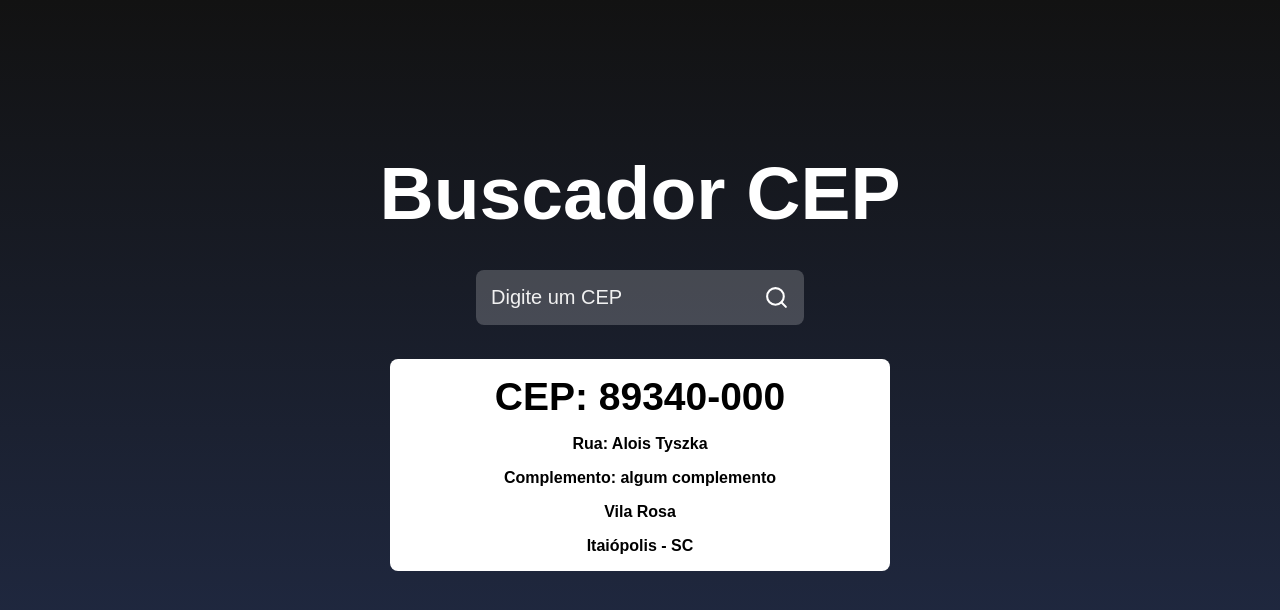
Repository: WelyntonRenan/buscador-cep
Page: / (app in buscador/)
The author's editor kept a copy of each file at every save. The page is drawn from the files as they stood at one save, then again after a run of saves.
The browser window is 1280 px wide. The pictures show the whole page.
The project was rebuilt for these pictures with package versions that can differ from the ones it lists, and the page was loaded fresh each time.

Above is the page before, as saved 2022-11-14 00:16:46.

After the next 3 saves:
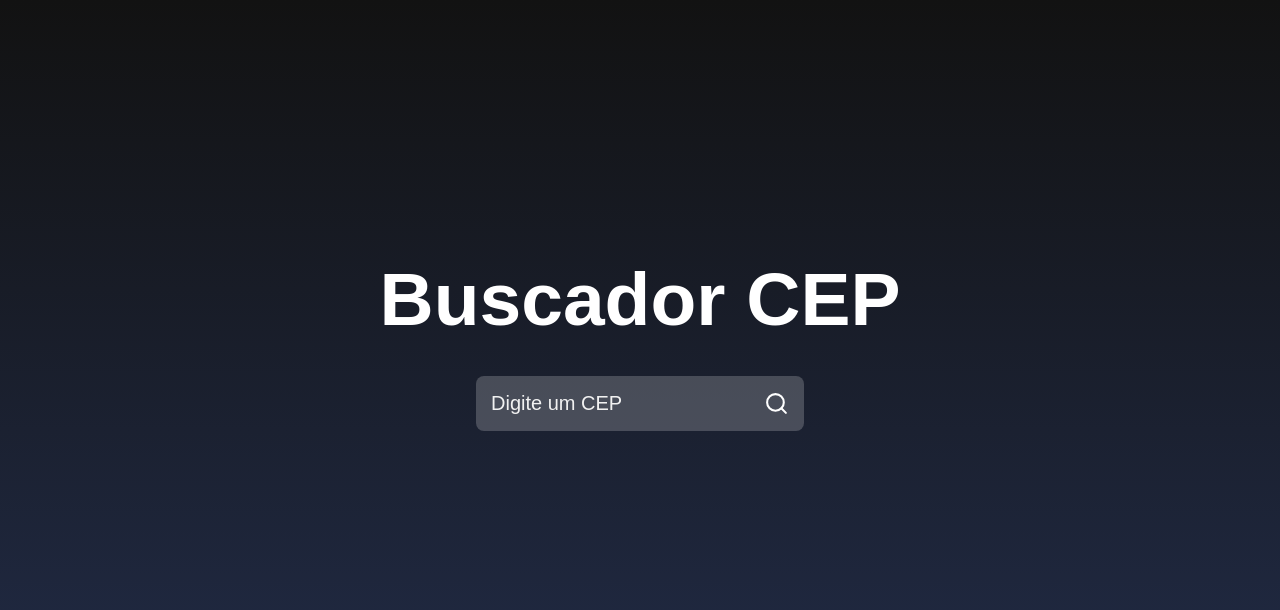
The 3 saves are shown as one change because 2 did not build or start.
The last was saved 6 min 51 s later.
--- a/buscador/src/App.js
+++ b/buscador/src/App.js
@@ -7,7 +7,7 @@ import api from './services/api';
 function App() {
 
   const [input, setInput] = useState('')
-  const [cep, setCep] = useReducer({})
+  const [cep, setCep] = useState({})
 
   async function search() {
     //01001000/json/
@@ -44,16 +44,18 @@ function App() {
         </button>
       </div>
 
-      <main className='main'>
+      {Object.keys(cep).length > 0 && (
+        <main className='main'>
 
-        <h2>CEP: 89340-000</h2>
+          <h2>CEP: {cep.cep}</h2>
 
-        <span>Rua: Alois Tyszka</span>
-        <span>Complemento: algum complemento</span>
-        <span>Vila Rosa</span>
-        <span>Itaiópolis - SC</span>
+          <span>Rua:{cep.lougradouro}</span>
+          <span>Complemento: {cep.complemento}</span>
+          <span>{cep.bairro}</span>
+          <span>{cep.localidade} - {cep.uf}</span>
 
-      </main>
+        </main>
+      )}
 
     </div>
   );
